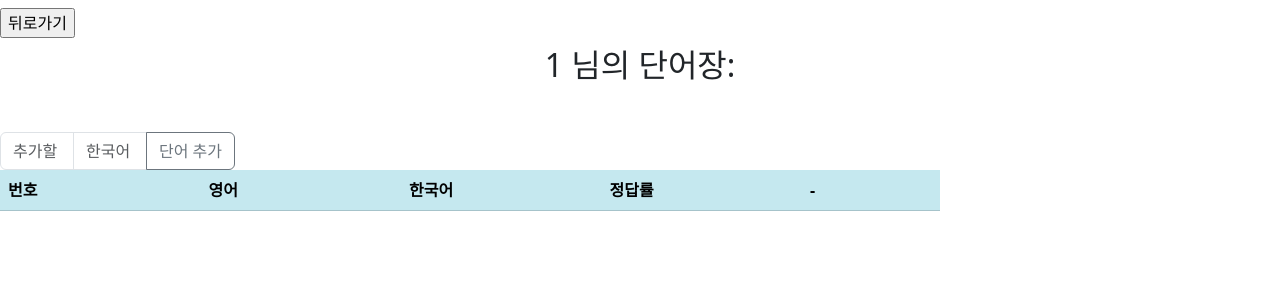
Repository: kokoko12334/myvocab-toy
Page: http://localhost/myVocabularyList/detail
An editor plug-in stored every save of this project. The page is shown before and after the next save, followed by the edit.
The browser window is 1280 px wide. The pictures show the whole page.
The page is served by Tomcat 9. The session is filled in as if someone had signed in: {"id": 1, "pwd": 1, "list": 1}. Other server files are loaded and not shown. Queries for data that is not in the repository find no rows.

Above is the page before, as saved 2023-04-07 13:00:00.

### myVocabularyList/src/main/webapp/WEB-INF/views/myvocabulary/detail.jsp
<%@ page language="java" contentType="text/html; charset=UTF-8"
    pageEncoding="UTF-8"%>
<%@ taglib prefix="c" uri = "http://java.sun.com/jsp/jstl/core" %>
<!DOCTYPE html>
<html>
<head>
<meta charset="UTF-8">
<title>Insert title here</title>
<link href="https://cdn.jsdelivr.net/npm/bootstrap@5.3.0-alpha3/dist/css/bootstrap.min.css" rel="stylesheet" integrity="sha384-KK94CHFLLe+nY2dmCWGMq91rCGa5gtU4mk92HdvYe+M/SXH301p5ILy+dN9+nJOZ" crossorigin="anonymous">

</head>
<body>
	<div class = "my-2">
		<form action = "/login" method = "post">
			<input type = "hidden" name = "id"  value = "${id}">
			<input type = "hidden" name = "pwd" value =  "${pwd}">
			<input type = submit value = "뒤로가기">
		</form>
	</div>

	<div class="col text-center">
		<h2>${id} 님의 단어장: ${vocabName}</h2>
	</div>


 <div class = "my-5" style="margin-top: 93px;width: 940px;">
	<form class="form-inline w-25" action = "/addword" method = "post">
		<div class="input-group">
			<input type = text name = "english" placeholder = "추가할 영어단어" aria-label="First name" class="form-control">
			<input type = text name = "korean" placeholder = "한국어" aria-label="Last name" class="form-control">
			<button class="btn btn-outline-secondary" id="button-addon2">단어 추가</button>
		</div>
	</form>

	<table class="table table-info table-striped" style = "margin:auto;">
		<colgroup>
            <col width=1px>
            <col width=1px>
            <col width=1px>
            <col width=1px>
            <col width=1px>

        </colgroup>
		<tr>
			<th>번호</th>
			<th>영어</th>
			<th>한국어</th>
			<th>정답률</th>
			<th>-</th>

		</tr>

		<c:forEach var = "w" items = "${wordsList}" varStatus = "st">
			<tr>
				<td>${st.index+1} </td>
				<td>${w[0]}</td>
				<td>${w[1]}</td>
				<td>${w[2]}</td>
				<td>
					<input type="button" value="수정" onclick="showPopup('${w[0]}','${w[1]}');"/>
					<button onclick="location.href='/deleteword?idx=${st.index}&english=${w[0]}&korean=${w[1]}'">단어 삭제</button>
				</td>
			</tr>
		</c:forEach>
	</table>
</div>


	 <script>
  		function showPopup(english, korean) {

  			var url = "/updateword?english=" + english + "&korean=" + korean;
  			window.open(url, "단어 수정창", "width=500, height=50, left=50, top=50");
  			}
  	</script>

</body>
</html>

### myVocabularyList/src/main/java/com/ko/web/controller/DetailController.java
package com.ko.web.controller;

import java.io.IOException;
import java.sql.SQLException;
import java.util.ArrayList;
import java.util.List;

import javax.servlet.ServletException;
import javax.servlet.annotation.WebServlet;
import javax.servlet.http.HttpServlet;
import javax.servlet.http.HttpServletRequest;
import javax.servlet.http.HttpServletResponse;
import javax.servlet.http.HttpSession;

import com.ko.web.service.WordsService;

@WebServlet("/detail")
public class DetailController extends HttpServlet{



	@Override
	protected void doGet(HttpServletRequest req, HttpServletResponse resp) throws ServletException, IOException {

		String id = req.getParameter("id");
		String vocabName = req.getParameter("name");


		WordsService wordsSvc = new WordsService();

		List<List<String>> wordsList = new ArrayList<>();


		try {

			wordsList = wordsSvc.getwords(id, vocabName);

			HttpSession session = req.getSession(false);
			session.setAttribute("wordsList", wordsList);
			session.setAttribute("vocabName", vocabName); // 단어장 이름도 저장


		} catch (ClassNotFoundException e) {

			e.printStackTrace();
		} catch (SQLException e) {

			e.printStackTrace();
		}

		req.getRequestDispatcher("/WEB-INF/views/myvocabulary/detail.jsp").forward(req, resp);









	}

}

### myVocabularyList/src/main/java/com/ko/web/service/WordsService.java
package com.ko.web.service;

import java.sql.Connection;
import java.sql.DriverManager;
import java.sql.PreparedStatement;
import java.sql.ResultSet;
import java.sql.SQLException;
import java.util.ArrayList;
import java.util.HashMap;
import java.util.List;

import com.ko.web.entity.WordsDto;
import com.mysql.cj.protocol.Resultset;

public class WordsService {
	String driver = "com.mysql.cj.jdbc.Driver";
	String url = "jdbc:mysql://localhost:3306/myvocab";
	String user = "test";
	String password = "1234";


	public int insert(WordsDto dto) throws ClassNotFoundException, SQLException {

		String id = dto.getId();
		String vocabName = dto.getVocabName();
		String english = dto.getEnglish();
		String korean = dto.getKorean();

		// 중복 단어 체크
		List<List<String>> list = new ArrayList<>();

		list = getwords(id, vocabName);

		for(List<String> i: list) {

			String check = i.get(0);

			if(check.equals(english)) {
				return -1;
			}

		}


		Class.forName(driver);

		Connection con = DriverManager.getConnection(url, user,password);

		String sql = "INSERT INTO words(id, vocab_name, english, korean) VALUES(?,?,?,?)";

		PreparedStatement psmt = con.prepareStatement(sql);

		psmt.setString(1, id);
		psmt.setString(2, vocabName);
		psmt.setString(3, english);
		psmt.setString(4, korean);



		int result = psmt.executeUpdate();


		psmt.close();
		con.close();


		return result;
	}


	public List<List<String>> getwords(String id, String vocabName) throws ClassNotFoundException, SQLException{

		String english;
		String korean;
		String score;

		Class.forName(driver);

		Connection con = DriverManager.getConnection(url, user,password);

		String sql = "SELECT english, korean, score FROM words WHERE id = ? AND vocab_name = ?";

		PreparedStatement psmt = con.prepareStatement(sql);

		psmt.setString(1, id);
		psmt.setString(2, vocabName);


		ResultSet rs = psmt.executeQuery();


		List<List<String>> list = new ArrayList<>();

		while(rs.next()) {

			List<String> words = new ArrayList<>();

			english = rs.getString("english");
			korean = rs.getString("korean");
			score = rs.getString("score");

			words.add(english);
			words.add(korean);
			words.add(score);

			list.add(words);
		}

		rs.close();
		psmt.close();
		con.close();


		return list;
	}

	public int deleteWord(WordsDto dto) throws ClassNotFoundException, SQLException {

		String id = dto.getId();
		String vocabName = dto.getVocabName();
		String english = dto.getEnglish();
		String korean = dto.getKorean();

		Class.forName(driver);

		Connection con = DriverManager.getConnection(url, user,password);

		String sql = "DELETE FROM words WHERE id = ? AND vocab_name = ? AND english = ? AND korean = ?";

		PreparedStatement psmt = con.prepareStatement(sql);

		psmt.setString(1, id);
		psmt.setString(2, vocabName);
		psmt.setString(3, english);
		psmt.setString(4, korean);

		int result = psmt.executeUpdate();


		psmt.close();
		con.close();

		return result;
	}


	public int updateWord(WordsDto dto, String changedEnglish, String changedKorean) throws ClassNotFoundException, SQLException {


		String id = dto.getId();
		String vocabName = dto.getVocabName();
		String english = dto.getEnglish();

		Class.forName(driver);

		Connection con = DriverManager.getConnection(url, user,password);

		String sql = "UPDATE words SET english = ?, korean = ? WHERE id = ? AND vocab_name= ? AND english = ?";

		PreparedStatement psmt = con.prepareStatement(sql);

		psmt.setString(1, changedEnglish);
		psmt.setString(2, changedKorean);
		psmt.setString(3, id);
		psmt.setString(4, vocabName);
		psmt.setString(5, english);



		int result = psmt.executeUpdate();


		psmt.close();
		con.close();


		return result;


	}
}

After the next save:
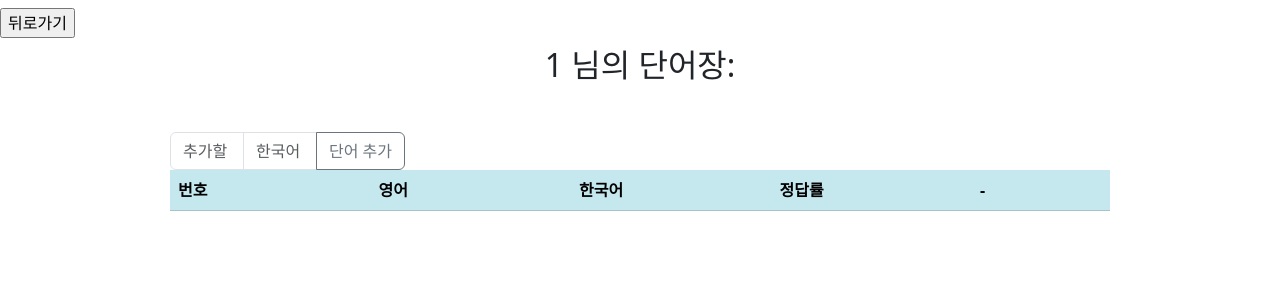
Saved 2 min 44 s later.
--- a/myVocabularyList/src/main/webapp/WEB-INF/views/myvocabulary/detail.jsp
+++ b/myVocabularyList/src/main/webapp/WEB-INF/views/myvocabulary/detail.jsp
@@ -23,7 +23,7 @@
 	</div>
 
 
- <div class = "my-5" style="margin-top: 93px;width: 940px;">
+ <div class = "my-5" style="margin-top: 93px;width: 940px;margin-left: auto; margin-right: auto;">
 	<form class="form-inline w-25" action = "/addword" method = "post">
 		<div class="input-group">
 			<input type = text name = "english" placeholder = "추가할 영어단어" aria-label="First name" class="form-control">
